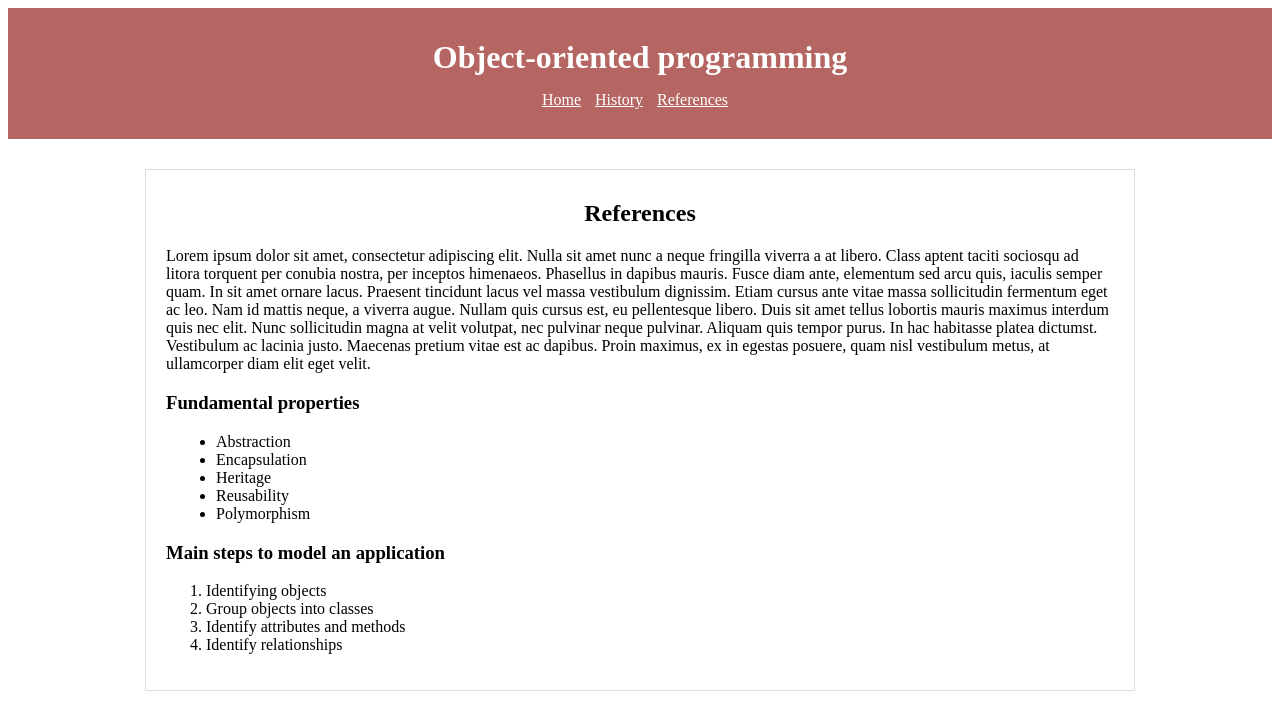
Repository: ReyesEvan/8.-Septimo_semestre
Page: Aplicaciones_en_ambientes_distribuidos/OOP/V3/references.html
These files come from the project's save history. The page is drawn as it stood at one moment and after the next save; the edit follows.
The browser window is 1280 px wide. The pictures show the whole page.

Above is the page before, as saved 2019-09-30 18:38:10.

### Aplicaciones_en_ambientes_distribuidos/OOP/V3/references.html
<!DOCTYPE html>
<html>

<head>
	<link type="text/css" rel="stylesheet" href="main.css">
</head>

<body>
	<div class='header'>
		<h1>Object-oriented programming</h1>
		<ul class="nav">
			<li><a href="home.html">Home</a></li>
			<li><a href="history.html">History</a></li>
			<li><a href="references.html">References</a></li>
		</ul>
	</div>
	<div class='main-content'>
		<h2>References</h2>
		<p>
			Lorem ipsum dolor sit amet, consectetur adipiscing elit. Nulla sit amet nunc a neque fringilla viverra a at libero.
			Class aptent taciti sociosqu ad litora torquent per conubia nostra, per inceptos himenaeos. Phasellus in dapibus
			mauris. Fusce diam ante, elementum sed arcu quis, iaculis semper quam. In sit amet ornare lacus. Praesent tincidunt
			lacus vel massa vestibulum dignissim. Etiam cursus ante vitae massa sollicitudin fermentum eget ac leo. Nam id mattis
			neque, a viverra augue. Nullam quis cursus est, eu pellentesque libero. Duis sit amet tellus lobortis mauris maximus
			interdum quis nec elit. Nunc sollicitudin magna at velit volutpat, nec pulvinar neque pulvinar. Aliquam quis tempor
			purus. In hac habitasse platea dictumst. Vestibulum ac lacinia justo. Maecenas pretium vitae est ac dapibus. Proin
			maximus, ex in egestas posuere, quam nisl vestibulum metus, at ullamcorper diam elit eget velit.
		</p>
		<h3>Fundamental properties</h3>
		<ul>
			<li>Abstraction</li>
			<li>Encapsulation</li>
			<li>Heritage</li>
			<li>Reusability</li>
			<li>Polymorphism</li>
		</ul>
		<h3>Main steps to model an application</h3>
		<ol>
			<li>Identifying objects</li>
			<li>Group objects into classes</li>
			<li>Identify attributes and methods</li>
			<li>Identify relationships</li>
		</ol>
	</div>
</body>

</html>

### Aplicaciones_en_ambientes_distribuidos/OOP/V3/main.css
body {
    padding: 0;
}

h1 {
    color: #ffffff;
    margin-bottom: 15px;
    text-align: center;
}

h2 {
    margin: 10px 0 20px 0;
    text-align: center
}

.header {
    padding: 10px;
    background-color: #b56663;
}

.header a {
    color: #ffffff;
    margin-right: 10px;
}

ul {
    padding: 0 0 0 50px;
}

.nav {
    padding-left: 0;
    margin: 5px 0 20px;
    text-align: center;
}

.nav li {
    display: inline;
}

.main-content {
    width: 75%;
    padding: 20px;
    border: 1px solid #dddddd;
    margin: 30px auto 0 auto;
}

After the next save:
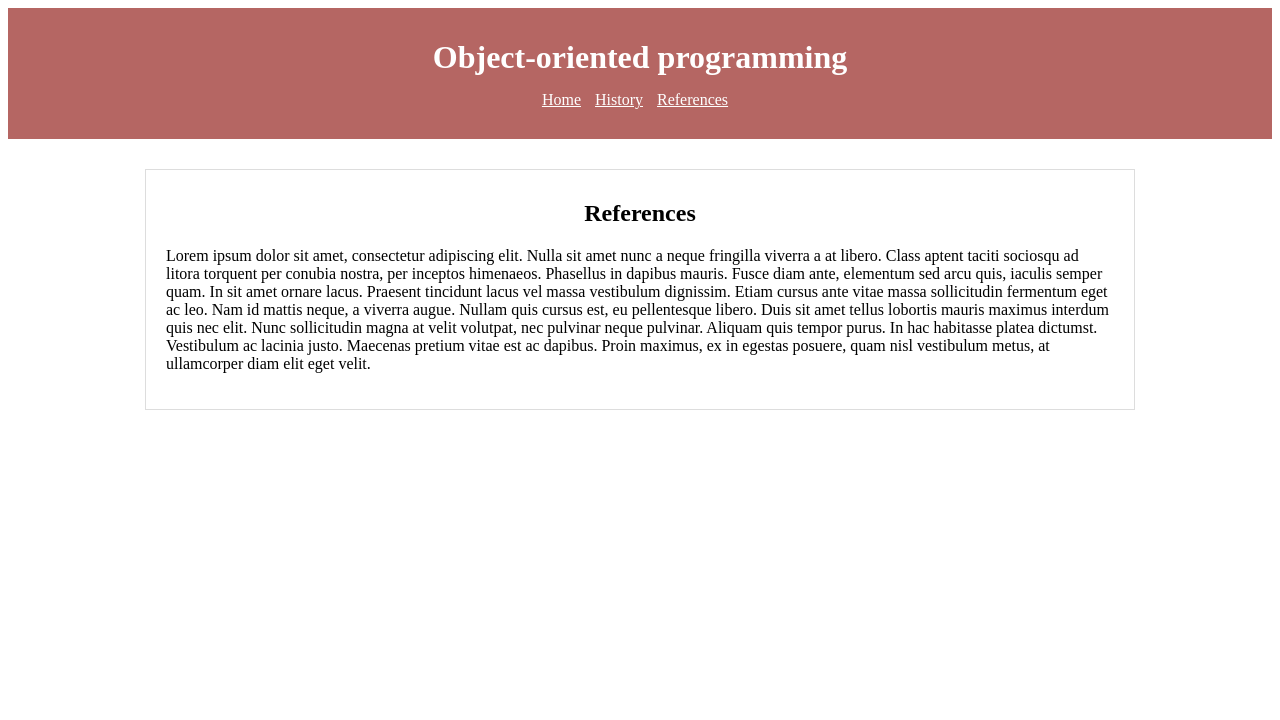
Saved 15 s later.
--- a/Aplicaciones_en_ambientes_distribuidos/OOP/V3/references.html
+++ b/Aplicaciones_en_ambientes_distribuidos/OOP/V3/references.html
@@ -26,21 +26,6 @@
 			purus. In hac habitasse platea dictumst. Vestibulum ac lacinia justo. Maecenas pretium vitae est ac dapibus. Proin
 			maximus, ex in egestas posuere, quam nisl vestibulum metus, at ullamcorper diam elit eget velit.
 		</p>
-		<h3>Fundamental properties</h3>
-		<ul>
-			<li>Abstraction</li>
-			<li>Encapsulation</li>
-			<li>Heritage</li>
-			<li>Reusability</li>
-			<li>Polymorphism</li>
-		</ul>
-		<h3>Main steps to model an application</h3>
-		<ol>
-			<li>Identifying objects</li>
-			<li>Group objects into classes</li>
-			<li>Identify attributes and methods</li>
-			<li>Identify relationships</li>
-		</ol>
 	</div>
 </body>
 
